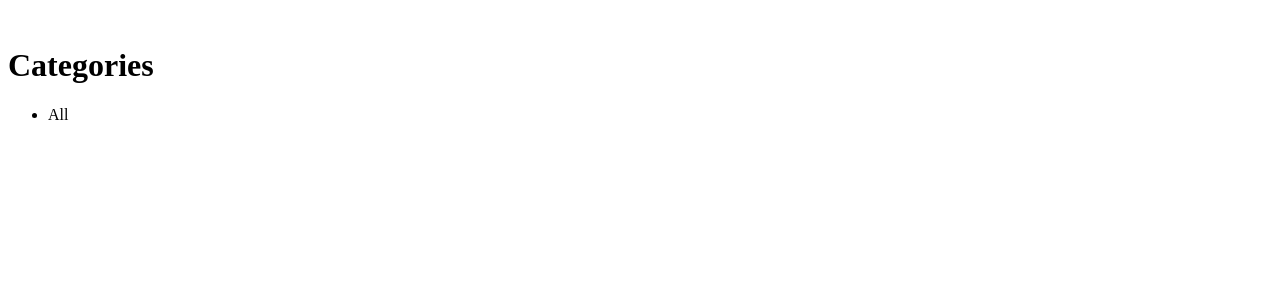
Repository: anastasia29-step/Online-Restaurant
Page: index.html
The author's editor kept a copy of each file at every save. The page is drawn from the files as they stood at one save, then again after the next save.
The browser window is 1280 px wide. The pictures show the whole page.

Above is the page before, as saved 2026-03-09 14:18:09.
Not found: app.js/

After the next save:
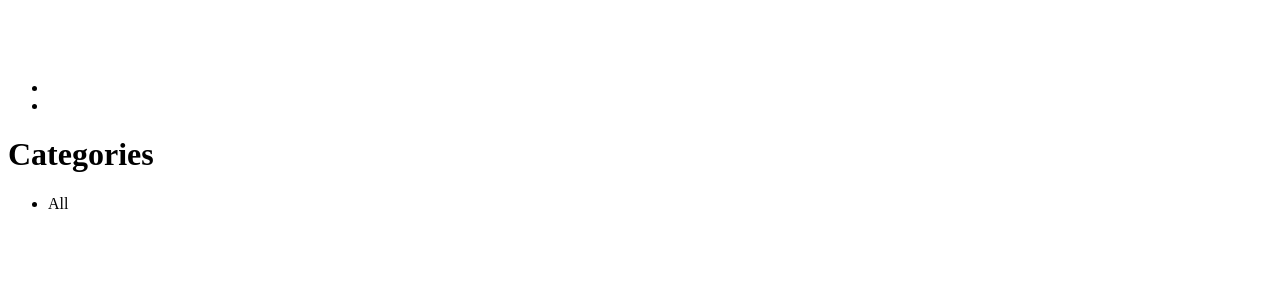
Saved 90 s later.
--- a/index.html
+++ b/index.html
@@ -10,7 +10,10 @@
 <body>
 
 <section>
-    <img src="" alt="">
+    <ul>
+        <li><img src="./photo/logo.png" alt=""></li>
+        <li></li>
+    </ul>
 </section>
 
 <div class=""></div>
